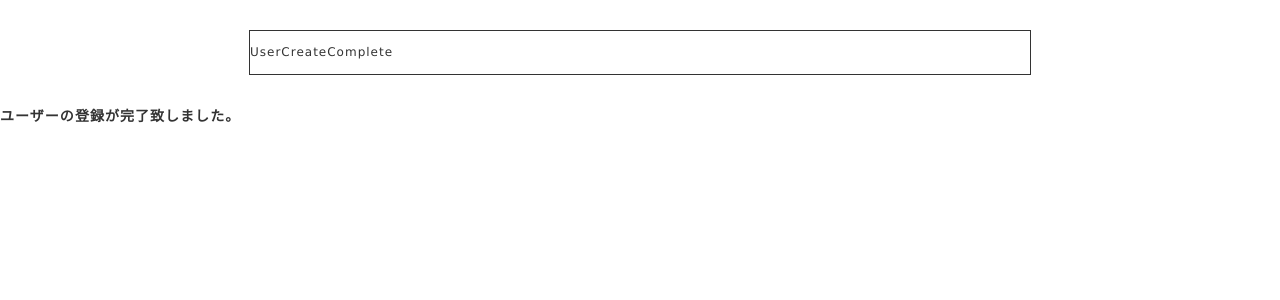
Repository: NoriakiYasumura/test01
Page: http://localhost/template2/userCreateComplete.jsp
The author's editor kept a copy of each file at every save. The page is drawn from the files as they stood at one save, then again after the next save.
The browser window is 1280 px wide. The pictures show the whole page.
The page is served by Tomcat 9.

Above is the page before, as saved 2019-04-22 08:02:51.

After the next save:
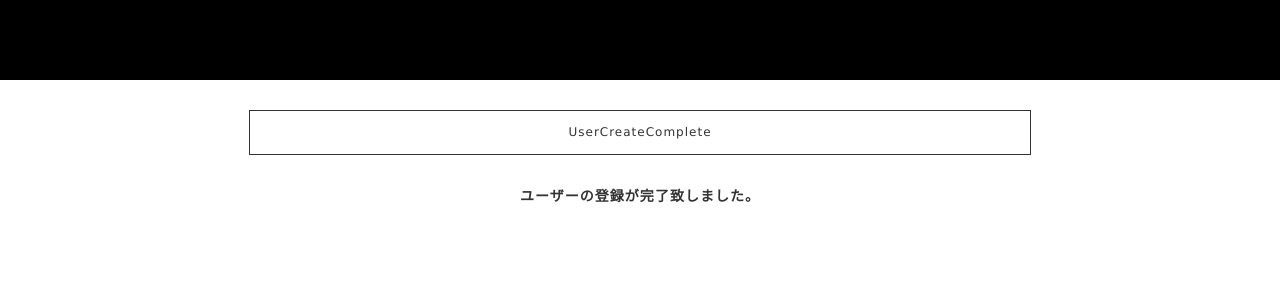
Saved 41 s later.
--- a/template2/WebContent/userCreateComplete.jsp
+++ b/template2/WebContent/userCreateComplete.jsp
@@ -52,7 +52,7 @@
 		</style>
 	</head>
 	<body>
-		<div id="header></div>
+		<div id="header"></div>
 
 		<div id="main">
 			<div id="top"><p>UserCreateComplete</p></div>
